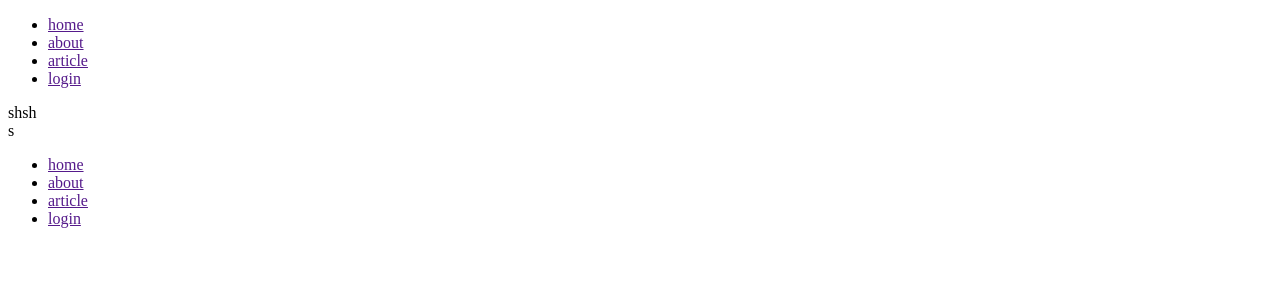
Repository: syawal2kalii/parsinta_clone_model
Page: http://localhost/home
The author's editor kept a copy of each file at every save. The page is drawn from the files as they stood at one save, then again after the next save.
The browser window is 1280 px wide. The pictures show the whole page.
The page is served by the project's Laravel application, run on PHP 8.4 with Laravel 8.

Above is the page before, as saved 2019-12-26 14:44:23.

After the next save:
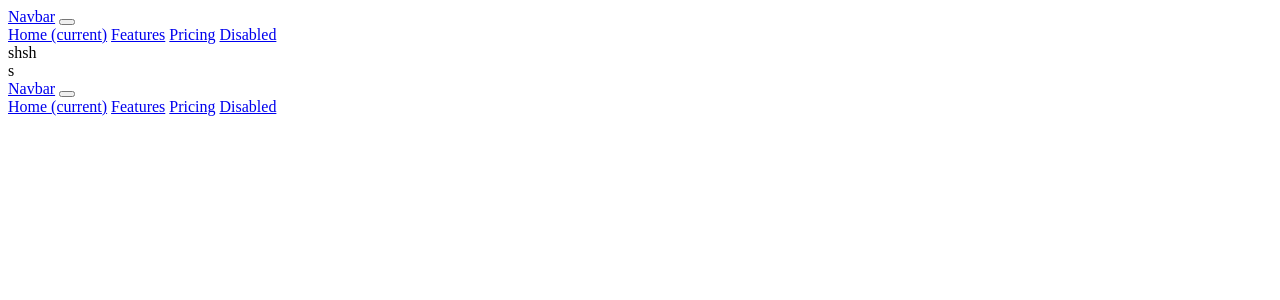
Saved 71 s later.
--- a/resources/views/layout/navigation.blade.php
+++ b/resources/views/layout/navigation.blade.php
@@ -1,7 +1,14 @@
-
-    <ul>
-        <li> <a href="">home</a></li>
-        <li><a href="">about</a></li>
-         <li><a href="">article</a></li>
-         <li><a href="">login</a></li>
-    </ul>
+<nav class="navbar navbar-expand-lg navbar-light bg-light">
+        <a class="navbar-brand" href="#">Navbar</a>
+        <button class="navbar-toggler" type="button" data-toggle="collapse" data-target="#navbarNavAltMarkup" aria-controls="navbarNavAltMarkup" aria-expanded="false" aria-label="Toggle navigation">
+          <span class="navbar-toggler-icon"></span>
+        </button>
+        <div class="collapse navbar-collapse" id="navbarNavAltMarkup">
+          <div class="navbar-nav">
+            <a class="nav-item nav-link active" href="#">Home <span class="sr-only">(current)</span></a>
+            <a class="nav-item nav-link" href="#">Features</a>
+            <a class="nav-item nav-link" href="#">Pricing</a>
+            <a class="nav-item nav-link disabled" href="#" tabindex="-1" aria-disabled="true">Disabled</a>
+          </div>
+        </div>
+      </nav>
